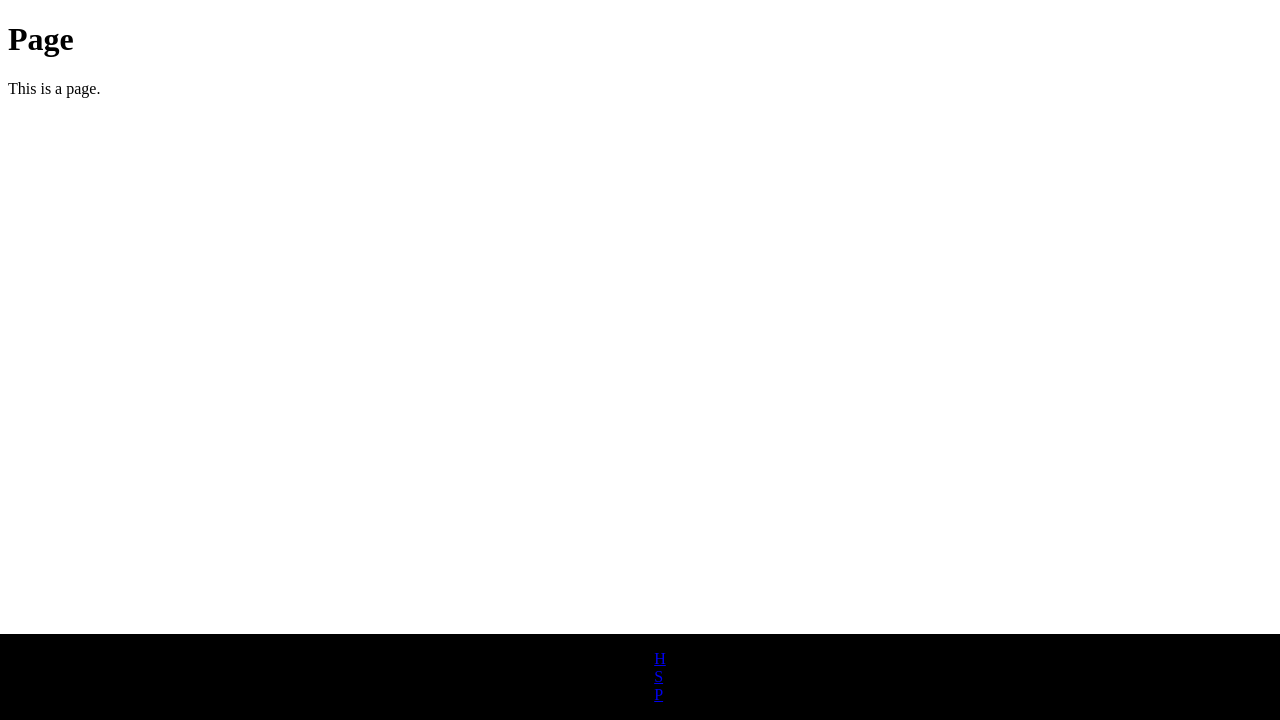
Repository: NubbDev/anime-frontend
Page: /
These files come from the project's save history. The page is drawn as it stood at one moment and after the next save; the edit follows.
The browser window is 1280 px wide. The pictures show the whole page.
The project was rebuilt for these pictures with package versions that can differ from the ones it lists, and the page was loaded fresh each time. The framework's server and built-in components were replaced by stand-ins that run in the browser. Also part of the build but not shown: svelte.config.js, vite.config.js.

Above is the page before, as saved 2024-08-06 20:15:07.

After the next save:
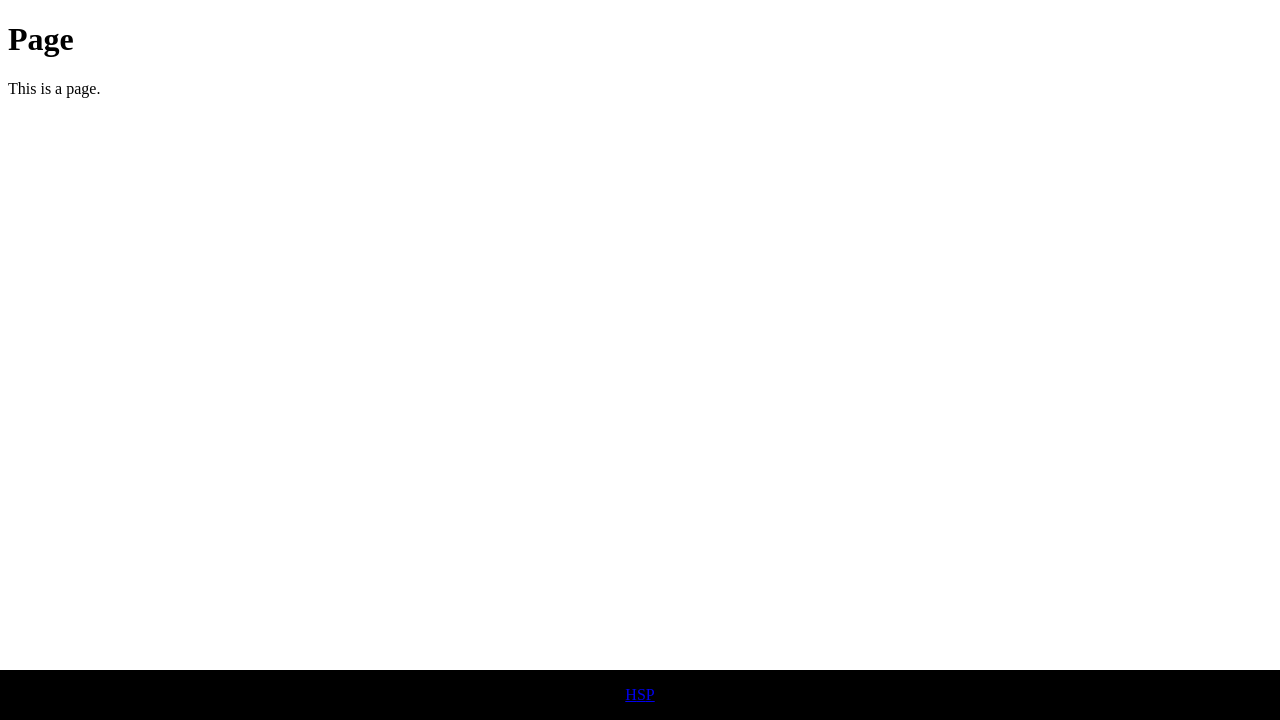
Saved 39 s later.
--- a/src/routes/+page.svelte
+++ b/src/routes/+page.svelte
@@ -26,4 +26,10 @@
     width: 100vw;
     background-color: black;
   }
+
+  nav ul {
+    display: flex;
+    list-style-type: none;
+    padding: 0;
+  }
 </style>
